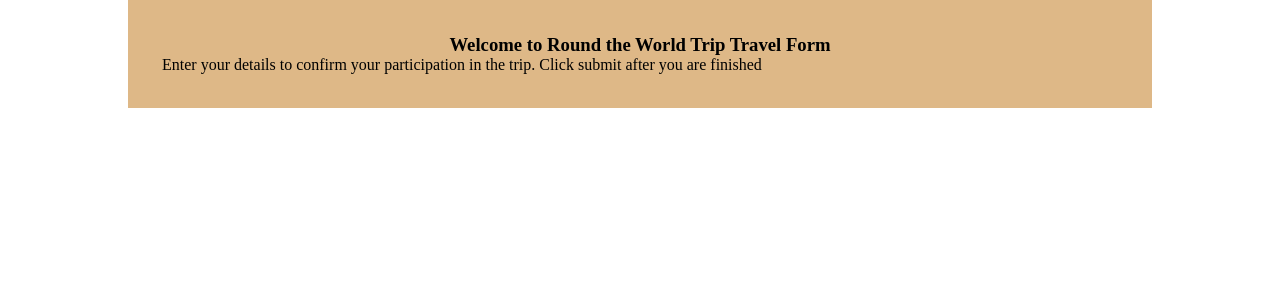
Repository: AvinashLikesToLearnNewStuff/TravelForm
Page: index.html
The author's editor kept a copy of each file at every save. The page is drawn from the files as they stood at one save, then again after the next save.
The browser window is 1280 px wide. The pictures show the whole page.

Above is the page before, as saved 2023-03-18 16:14:56.

After the next save:
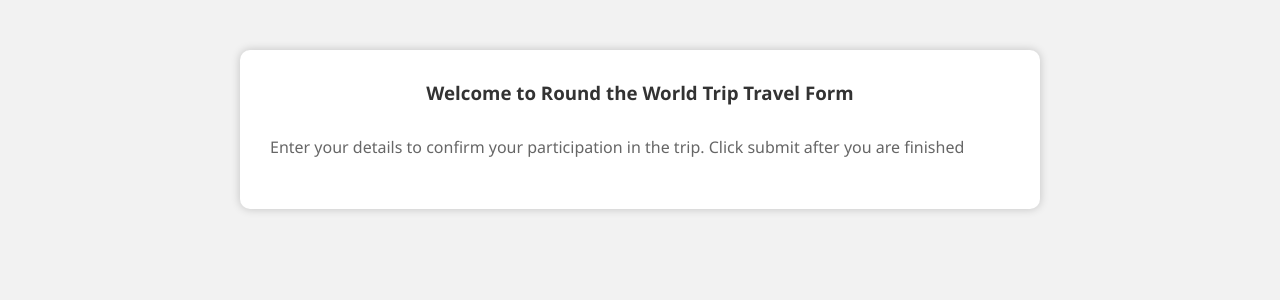
Saved 98 s later.
--- a/style.css
+++ b/style.css
@@ -1,17 +1,47 @@
 * {
-    margin: 0px;
-    padding: 0px;
+    margin: 0;
+    padding: 0;
     box-sizing: border-box;
 }
 
+body {
+    font-family: 'Segoe UI', Tahoma, Geneva, Verdana, sans-serif;
+    background-color: #f2f2f2;
+}
+
 .container {
-    max-width: 80%;
-    background-color: burlywood;
-    padding: 34px;
-    margin: auto;
+    max-width: 800px;
+    background-color: #fff;
+    border-radius: 10px;
+    box-shadow: 0 0 10px rgba(0, 0, 0, 0.2);
+    margin: 50px auto;
+    padding: 30px;
 }
 
 .container h3 {
     text-align: center;
-    margin: auto;
+    margin-bottom: 30px;
+    color: #333;
 }
+
+.container p {
+    margin-bottom: 20px;
+    font-size: 16px;
+    line-height: 1.5;
+    color: #666;
+}
+
+.container a {
+    display: block;
+    text-align: center;
+    padding: 10px 20px;
+    background-color: #4caf50;
+    color: #fff;
+    border-radius: 5px;
+    text-decoration: none;
+    transition: background-color 0.3s ease-in-out;
+}
+
+.container a:hover {
+    background-color: #3e8e41;
+}

After the save that followed:
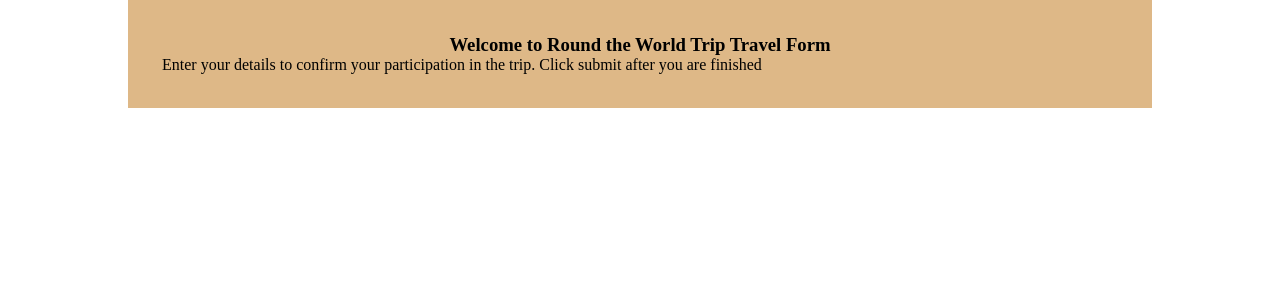
Saved 12 min 28 s later.
--- a/style.css
+++ b/style.css
@@ -1,47 +1,17 @@
 * {
-    margin: 0;
-    padding: 0;
+    margin: 0px;
+    padding: 0px;
     box-sizing: border-box;
 }
 
-body {
-    font-family: 'Segoe UI', Tahoma, Geneva, Verdana, sans-serif;
-    background-color: #f2f2f2;
-}
-
 .container {
-    max-width: 800px;
-    background-color: #fff;
-    border-radius: 10px;
-    box-shadow: 0 0 10px rgba(0, 0, 0, 0.2);
-    margin: 50px auto;
-    padding: 30px;
+    max-width: 80%;
+    background-color: burlywood;
+    padding: 34px;
+    margin: auto;
 }
 
 .container h3 {
     text-align: center;
-    margin-bottom: 30px;
-    color: #333;
+    margin: auto;
 }
-
-.container p {
-    margin-bottom: 20px;
-    font-size: 16px;
-    line-height: 1.5;
-    color: #666;
-}
-
-.container a {
-    display: block;
-    text-align: center;
-    padding: 10px 20px;
-    background-color: #4caf50;
-    color: #fff;
-    border-radius: 5px;
-    text-decoration: none;
-    transition: background-color 0.3s ease-in-out;
-}
-
-.container a:hover {
-    background-color: #3e8e41;
-}
